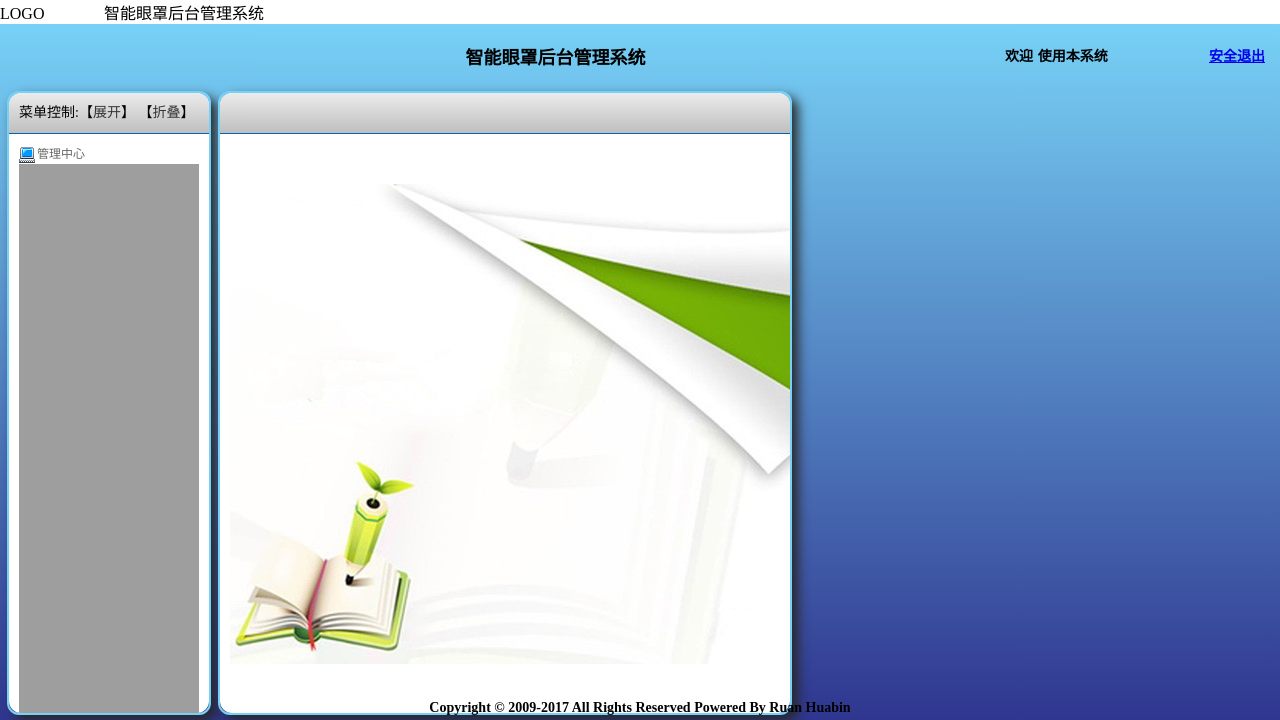
Repository: ruanhuabin/IntelliEyeShade
Page: http://localhost/IntelliEyeShade/admin/admin_login_success.jsp
These files come from the project's save history. The page is drawn as it stood at one moment and after a run of saves; the edit follows.
The browser window is 1280 px wide. The pictures show the whole page.
The page is served by Tomcat 9. Nobody is signed in. The application's start-up code is not run.

Above is the page before, as saved 2016-12-06 10:11:33.

After the next 2 saves:
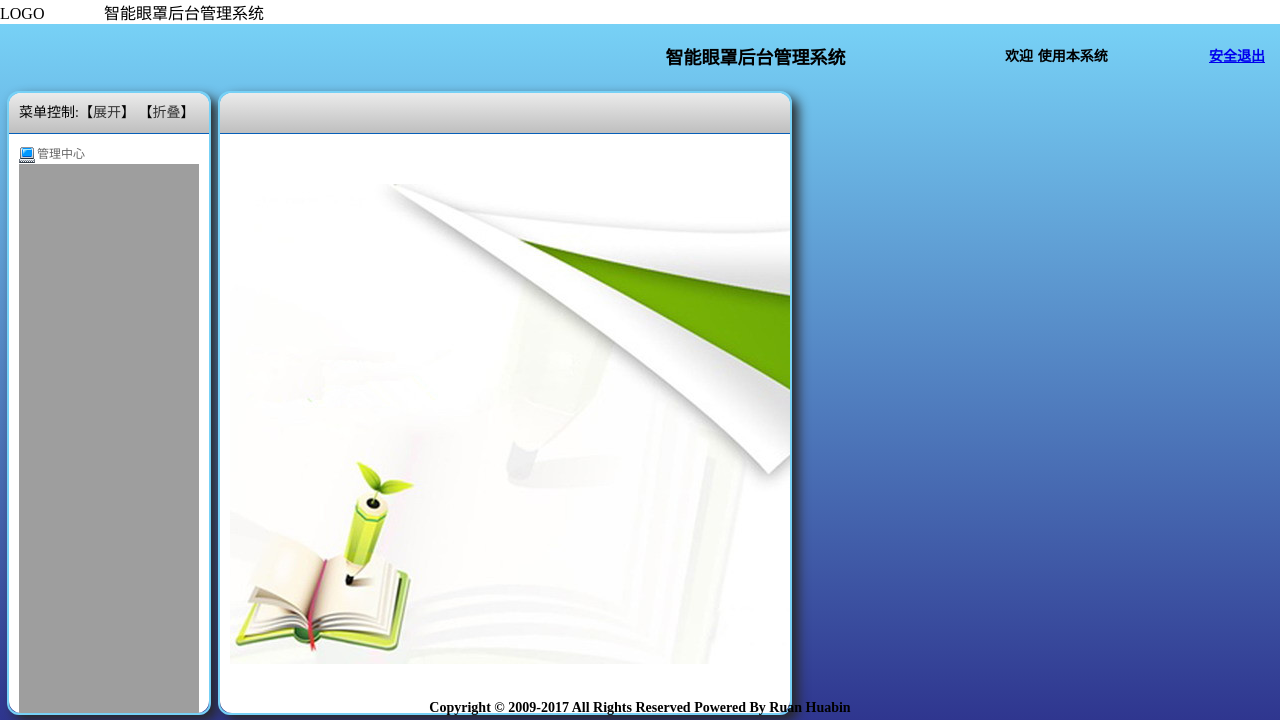
The 2 saves are shown as one change because they came seconds apart.
The last was saved 6 s later.
--- a/IntelliEyeShade/WebRoot/admin/admin_login_success.jsp
+++ b/IntelliEyeShade/WebRoot/admin/admin_login_success.jsp
@@ -24,7 +24,7 @@ LOGO
 
 <div id="wrapper">
 	<div id="header">
-		<div id="logo" style="width:400px; display:inline-block;"></div>
+		<div id="logo" style="width:600px; display:inline-block;"></div>
 
 
 		<div id="title" style="width:400px display:inline-block">智能眼罩后台管理系统</div>
